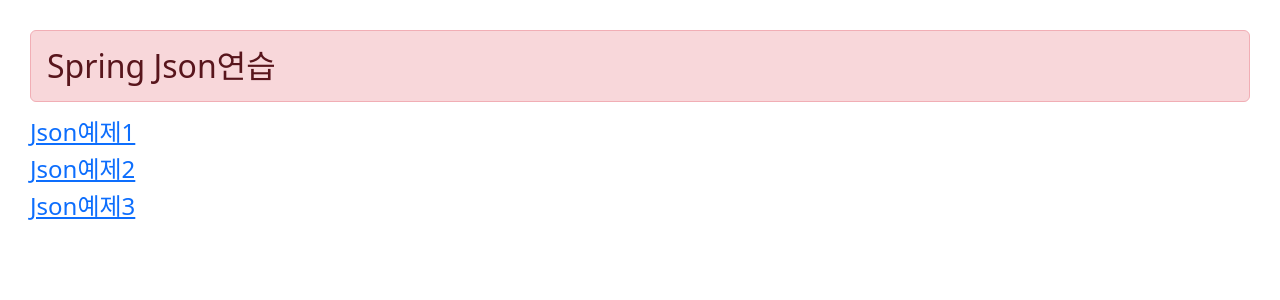
Repository: ssung2sin/sist0615_spring
Page: http://localhost/SpringMvcJson7/
The author's editor kept a copy of each file at every save. The page is drawn from the files as they stood at one save, then again after the next save.
The browser window is 1280 px wide. The pictures show the whole page.
Some web fonts or font styles are not loaded; a fallback is used. The page is served by Tomcat 9.

Above is the page before, as saved 2023-10-13 01:08:31.

After the next save:
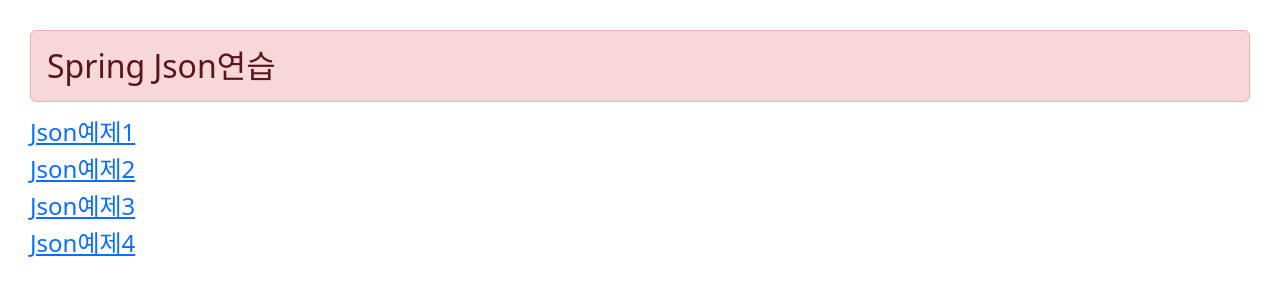
Saved 54 s later.
--- a/SpringMvcJson7/src/main/webapp/WEB-INF/json/start.jsp
+++ b/SpringMvcJson7/src/main/webapp/WEB-INF/json/start.jsp
@@ -17,6 +17,7 @@
 	<h4><a href="jsonex1">Json예제1</a></h4>
 	<h4><a href="jsonex2">Json예제2</a></h4>
 	<h4><a href="jsonex3">Json예제3</a></h4>
+	<h4><a href="jsonex4">Json예제4</a></h4>
 </div>
 </body>
 </html>
